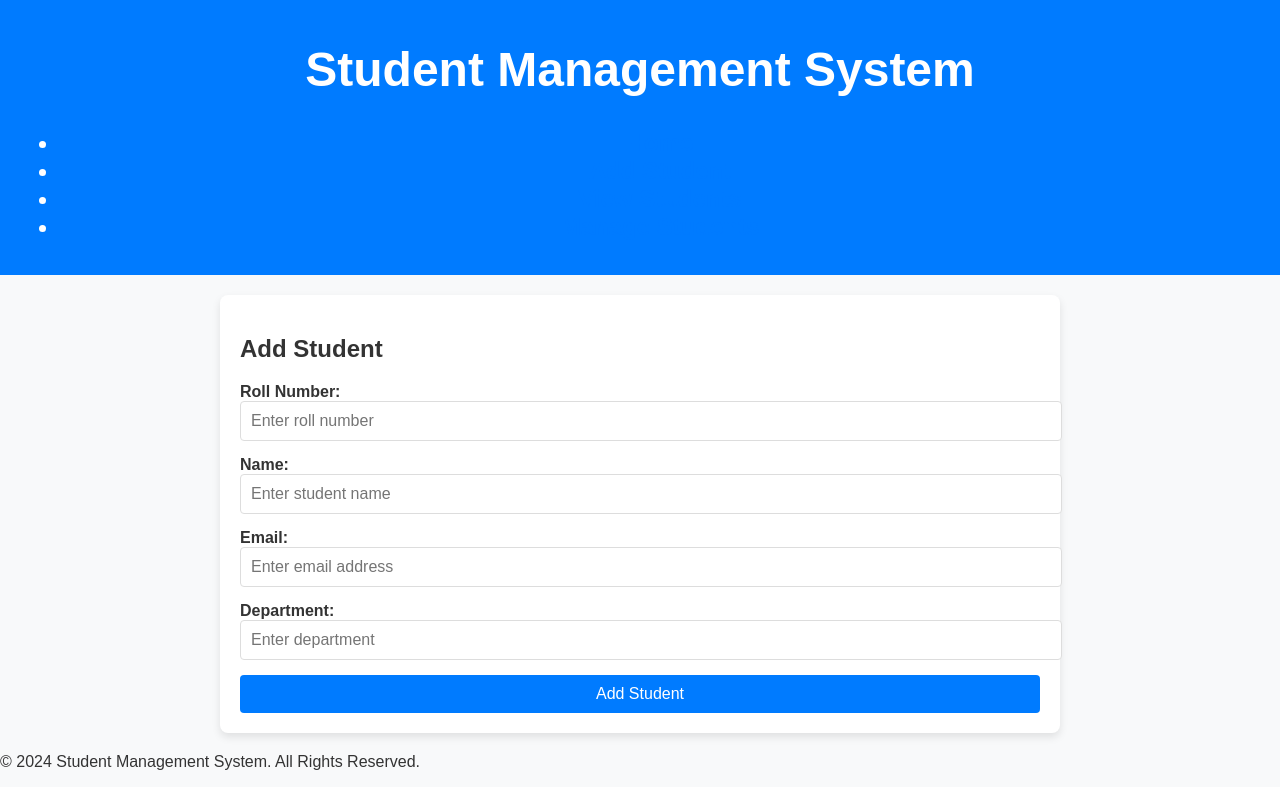
Repository: roohithbala/studentmanagement
Page: demo/src/main/resources/static/add-student.html
An editor plug-in stored every save of this project. The page is shown before and after the next save, followed by the edit.
The browser window is 1280 px wide. The pictures show the whole page.

Above is the page before, as saved 2024-11-24 18:39:10.

After the next save:
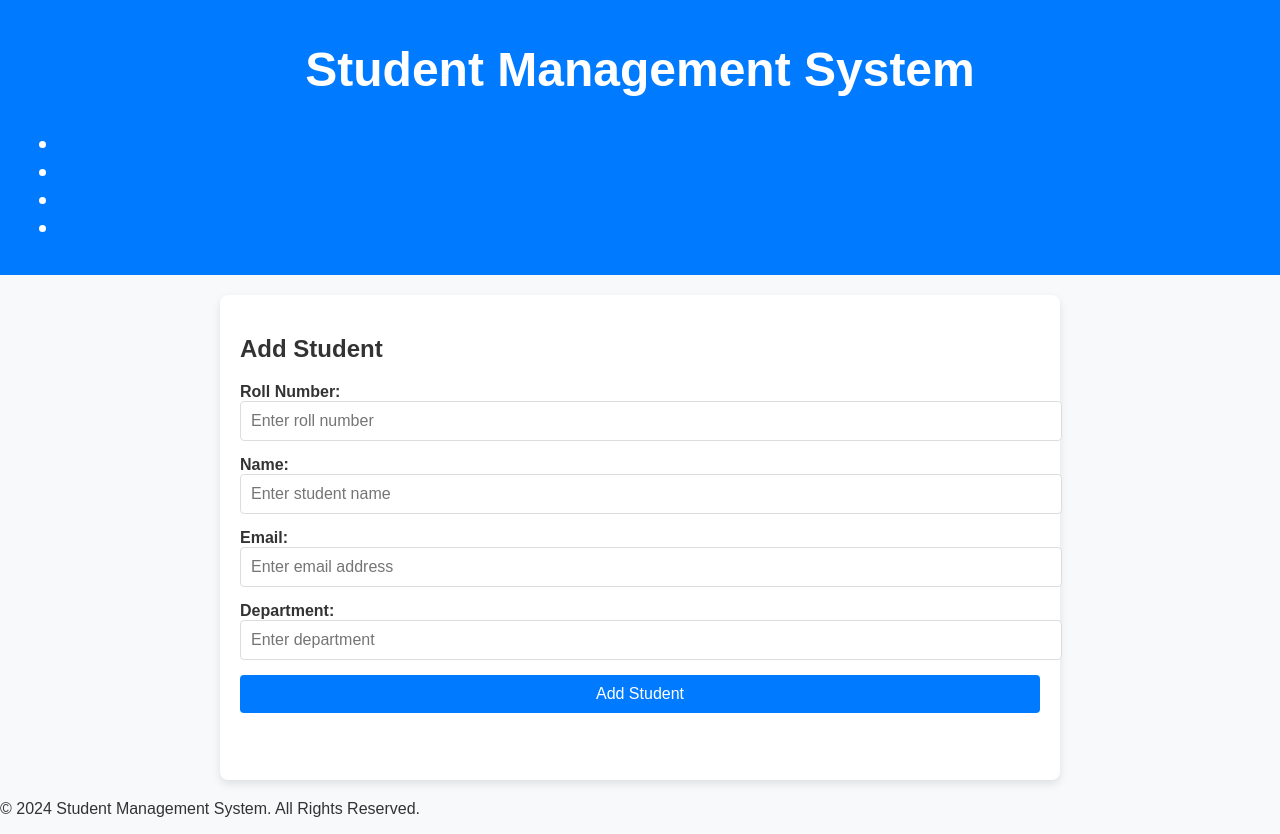
Saved 59 s later.
--- a/demo/src/main/resources/static/add-student.html
+++ b/demo/src/main/resources/static/add-student.html
@@ -41,8 +41,8 @@
                     <input type="text" id="department" name="department" placeholder="Enter department" required>
                 </div>
                 <button type="button" id="add-student-button">Add Student</button>
+                <p id="response-message"></p>
             </form>
-            <div id="response-message"></div>
         </section>
     </main>
     <footer>
@@ -50,6 +50,30 @@
             <p>&copy; 2024 Student Management System. All Rights Reserved.</p>
         </div>
     </footer>
-    <script src="script1.js"></script>
+    <script>
+        document.getElementById('add-student-button').addEventListener('click', function () {
+            const studentData = {
+                rollNumber: document.getElementById('rollNumber').value,
+                name: document.getElementById('name').value,
+                email: document.getElementById('email').value,
+                department: document.getElementById('department').value
+            };
+
+            fetch('http://localhost:8080/api/students', {
+                method: 'POST',
+                headers: { 'Content-Type': 'application/json' },
+                body: JSON.stringify(studentData)
+            })
+            .then(response => response.json())
+            .then(data => {
+                document.getElementById('response-message').textContent = "Student added successfully!";
+                document.getElementById('response-message').style.color = "green";
+            })
+            .catch(error => {
+                document.getElementById('response-message').textContent = "Failed to add student. Please try again.";
+                document.getElementById('response-message').style.color = "red";
+            });
+        });
+    </script>
 </body>
 </html>
